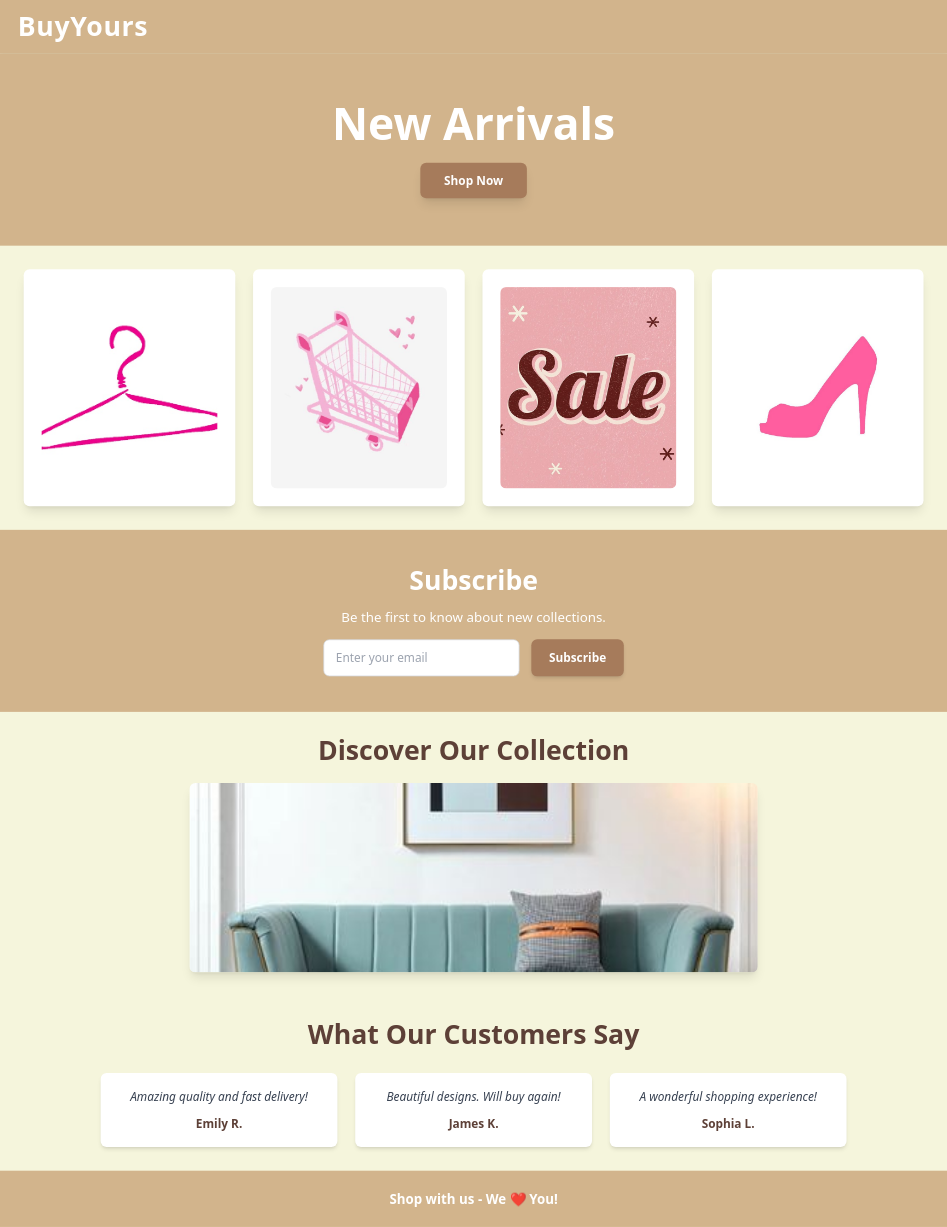
Repository: prathyushaa5/BuyYours
Page: / (app in Frontend/)
An editor plug-in stored every save of this project. The page is shown before and after the next save, followed by the edit.
The browser window is 1280 px wide. The pictures show the whole page, at 74% of full size.
The project was rebuilt for these pictures with package versions that can differ from the ones it lists, and the page was loaded fresh each time. Also part of the build but not shown: Frontend/vite.config.js, Frontend/src/components/Login.jsx, Frontend/src/components/Signup.jsx, Frontend/src/components/Home.jsx.

Above is the page before, as saved 2025-02-14 04:42:50.

After the next save:
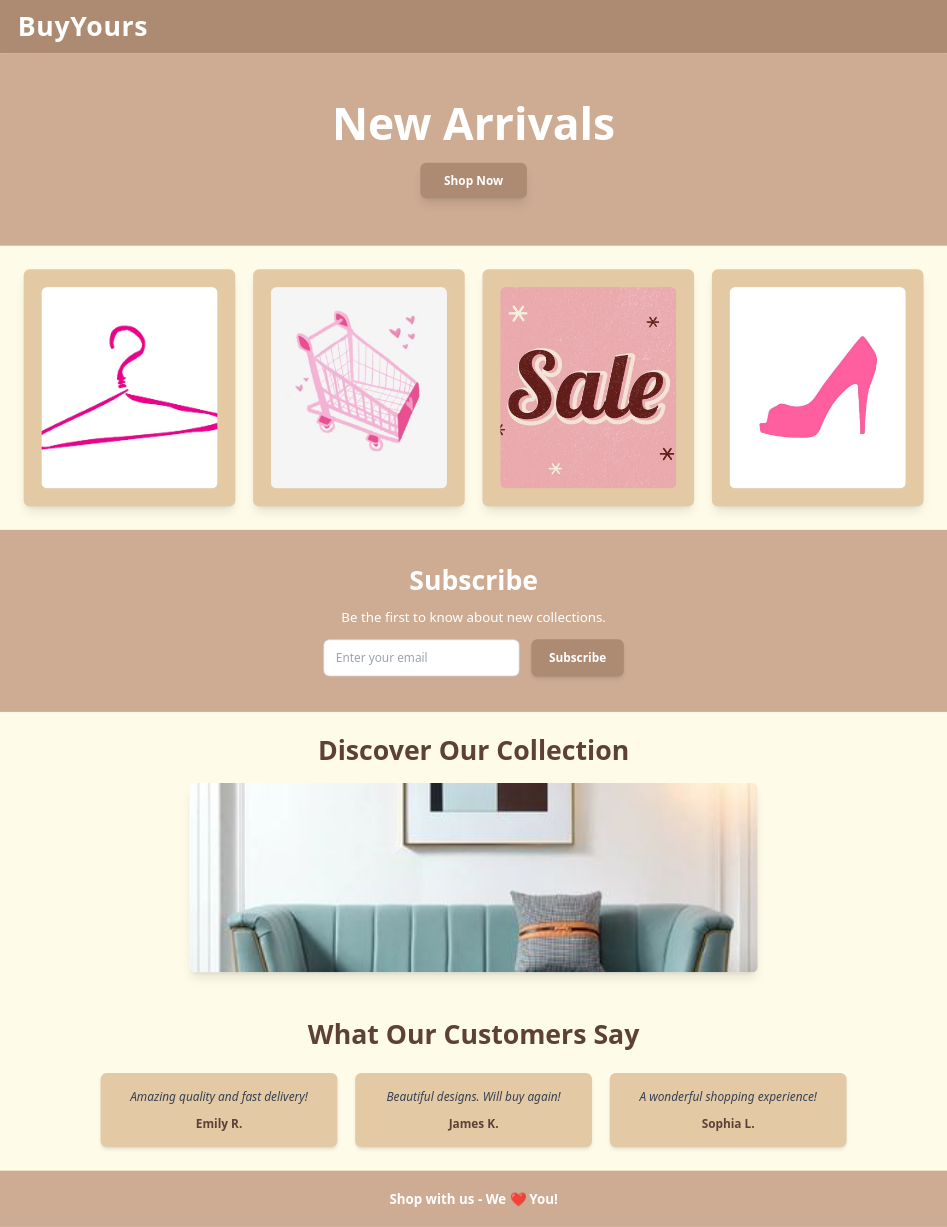
Saved 9 min 32 s later.
--- a/Frontend/src/components/Main.jsx
+++ b/Frontend/src/components/Main.jsx
@@ -25,17 +25,17 @@ export default function MainPage() {
   }, []);
 
   return (
-    <div className="bg-[#F5F5DC] min-h-screen text-[#5D4037]">
+    <div className="bg-[#FFFBE9] min-h-screen text-[#5D4037]">
       {/* Navbar */}
-      <nav className="bg-[#D2B48C] py-4 px-6 flex justify-between items-center shadow-md">
+      <nav className="bg-[#AD8B73] py-4 px-6 flex justify-between items-center shadow-md">
         <h1 className="text-4xl font-extrabold text-white tracking-wide">BuyYours</h1>
       </nav>
 
       {/* Hero Section */}
-      <section className="flex flex-col items-center text-center py-16 bg-[#D2B48C] text-white">
+      <section className="flex flex-col items-center text-center py-16 bg-[#CEAB93] text-white">
         <h2 className="text-6xl font-extrabold mb-6">New Arrivals</h2>
         <button
-          className="bg-[#A67B5B] px-8 py-3 text-white font-bold rounded-lg shadow-lg hover:scale-105 hover:bg-[#8B5E3C] transition"
+          className="bg-[#AD8B73] px-8 py-3 text-white font-bold rounded-lg shadow-lg hover:scale-105 hover:bg-[#8B5E3C] transition"
           onClick={() => navigate("/signup")}
         >
           Shop Now
@@ -47,7 +47,7 @@ export default function MainPage() {
         {[image1, image2, image3, image4].map((image, index) => (
           <div
             key={index}
-            className="bg-white p-6 text-center rounded-lg shadow-lg h-80 transition-transform transform hover:scale-105"
+            className="bg-[#E3CAA5] p-6 text-center rounded-lg shadow-lg h-80 transition-transform transform hover:scale-105"
           >
             <img src={image} alt={`Category ${index + 1}`} className="w-full h-full object-cover rounded-lg" />
           </div>
@@ -55,16 +55,16 @@ export default function MainPage() {
       </div>
 
       {/* Subscribe Section */}
-      <section className="bg-[#D2B48C] text-center py-12 text-white">
+      <section className="bg-[#CEAB93] text-center py-12 text-white">
         <h3 className="text-4xl font-extrabold mb-4">Subscribe</h3>
         <p className="mb-4 text-lg">Be the first to know about new collections.</p>
         <div className="flex justify-center">
           <input
             type="email"
             placeholder="Enter your email"
-            className="px-4 py-3 rounded-lg border border-gray-300 focus:ring-2 focus:ring-[#A67B5B] outline-none"
+            className="px-4 py-3 rounded-lg border border-gray-300 focus:ring-2 focus:ring-[#AD8B73] outline-none"
           />
-          <button className="ml-4 bg-[#A67B5B] px-6 py-3 text-white font-bold rounded-lg shadow-md hover:scale-105 hover:bg-[#8B5E3C] transition">
+          <button className="ml-4 bg-[#AD8B73] px-6 py-3 text-white font-bold rounded-lg shadow-md hover:scale-105 hover:bg-[#8B5E3C] transition">
             Subscribe
           </button>
         </div>
@@ -102,7 +102,7 @@ export default function MainPage() {
           ].map((review, index) => (
             <div
               key={index}
-              className="bg-white p-5 rounded-lg shadow-md w-80 text-center hover:shadow-xl transition-shadow"
+              className="bg-[#E3CAA5] p-5 rounded-lg shadow-md w-80 text-center hover:shadow-xl transition-shadow"
             >
               <p className="italic text-gray-700">{review.text}</p>
               <p className="font-semibold mt-3">{review.name}</p>
@@ -112,7 +112,7 @@ export default function MainPage() {
       </section>
 
       {/* Footer */}
-      <footer className="bg-[#D2B48C] text-center py-6 text-white font-bold text-lg">
+      <footer className="bg-[#CEAB93] text-center py-6 text-white font-bold text-lg">
         Shop with us - We ❤️ You!
       </footer>
     </div>
